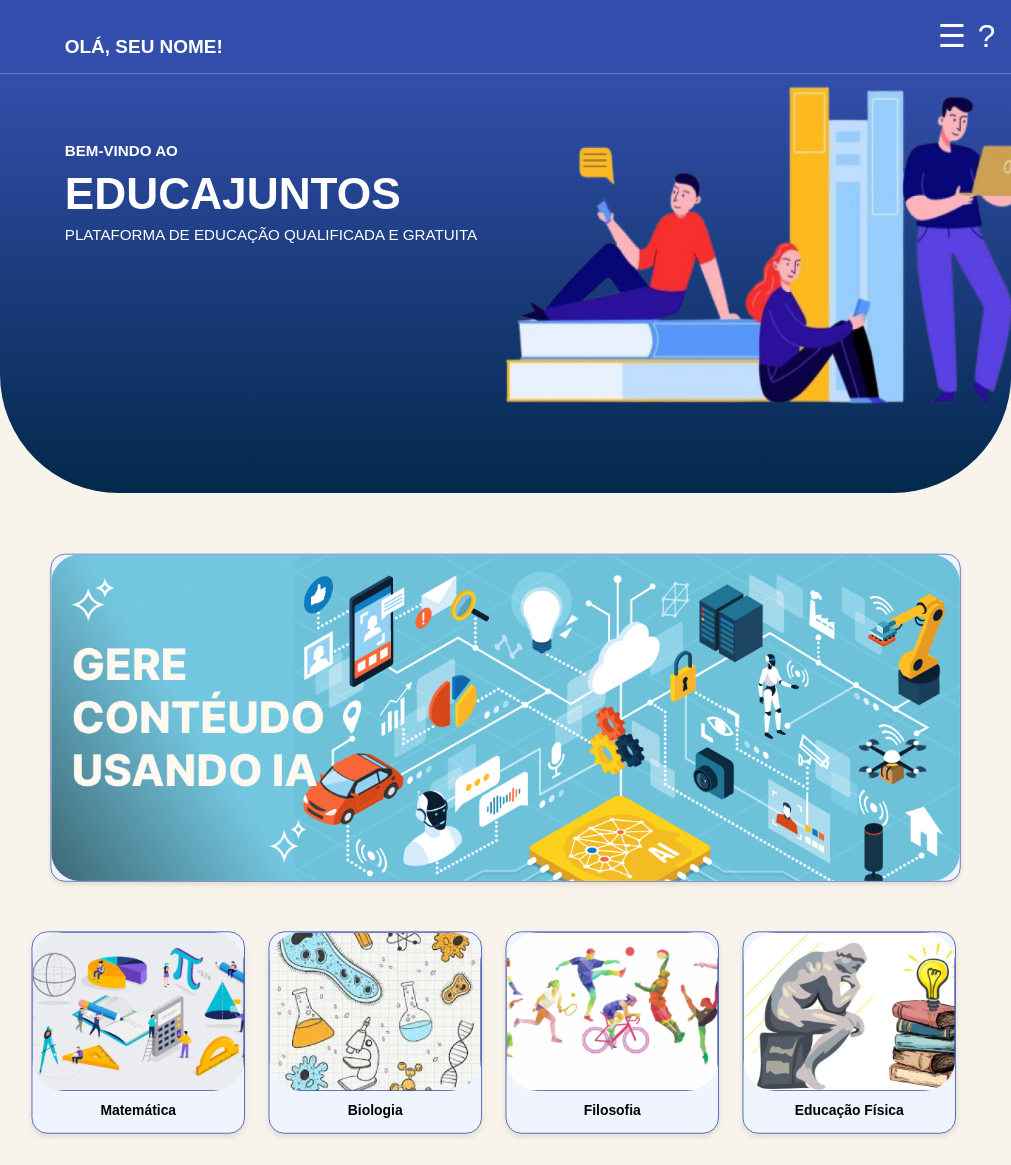
Repository: Matheus904-12/EDUCAJUNTOS
Page: inicio/index.html
An editor plug-in stored every save of this project. The page is shown before and after the next save, followed by the edit.
The browser window is 1280 px wide. The pictures show the whole page, at 79% of full size.

Above is the page before, as saved 2024-10-28 19:59:14.

After the next save:
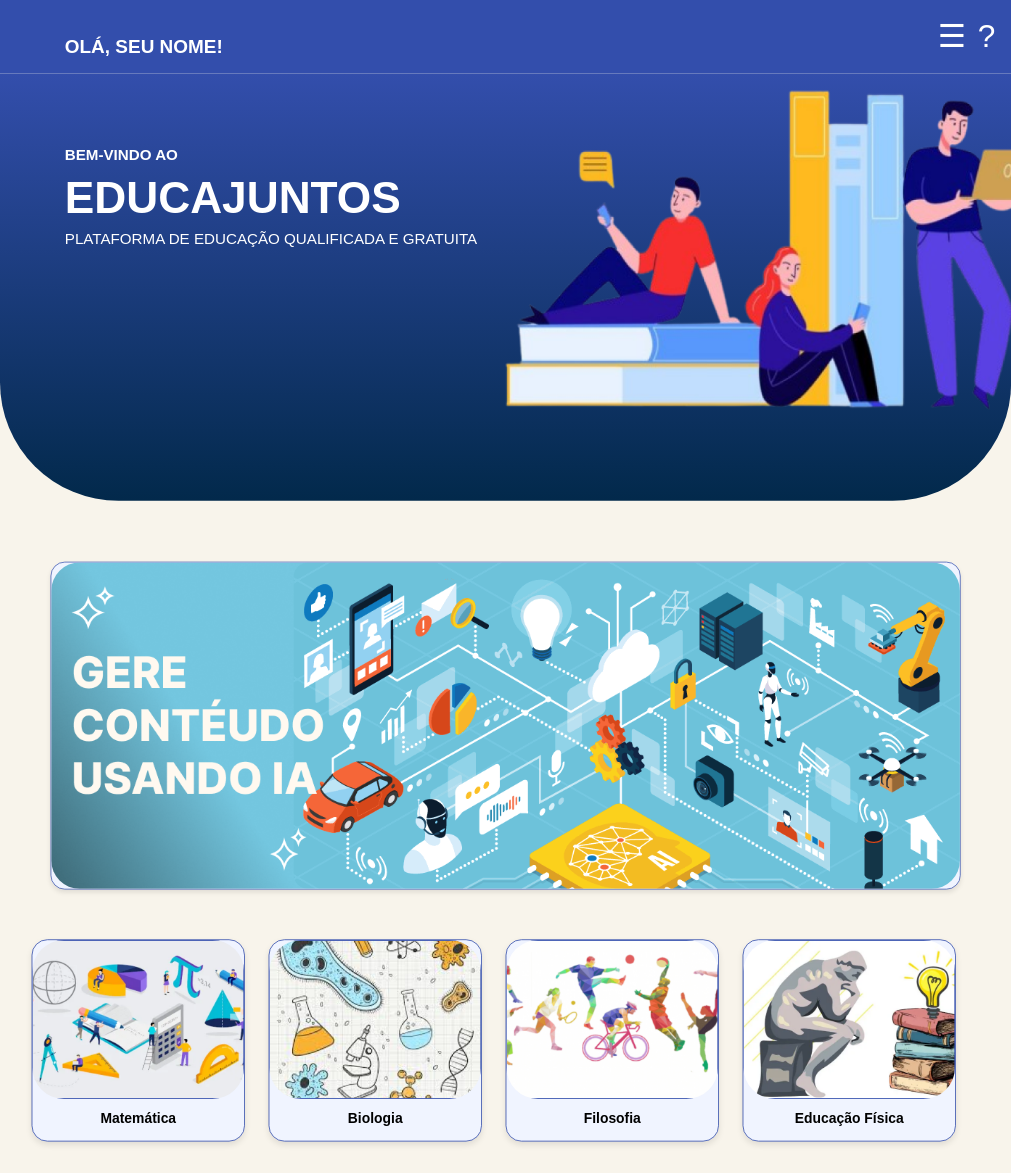
Saved 8 s later.
--- a/inicio/style.css
+++ b/inicio/style.css
@@ -43,7 +43,7 @@ nav {
 .hero {
     background: linear-gradient( #334EAC, #02294b);
     color: #fff;
-    padding: 25px 20px;
+    padding: 30px 20px;
     border-bottom-left-radius: 150px;
     border-bottom-right-radius: 150px;
     position: relative;
